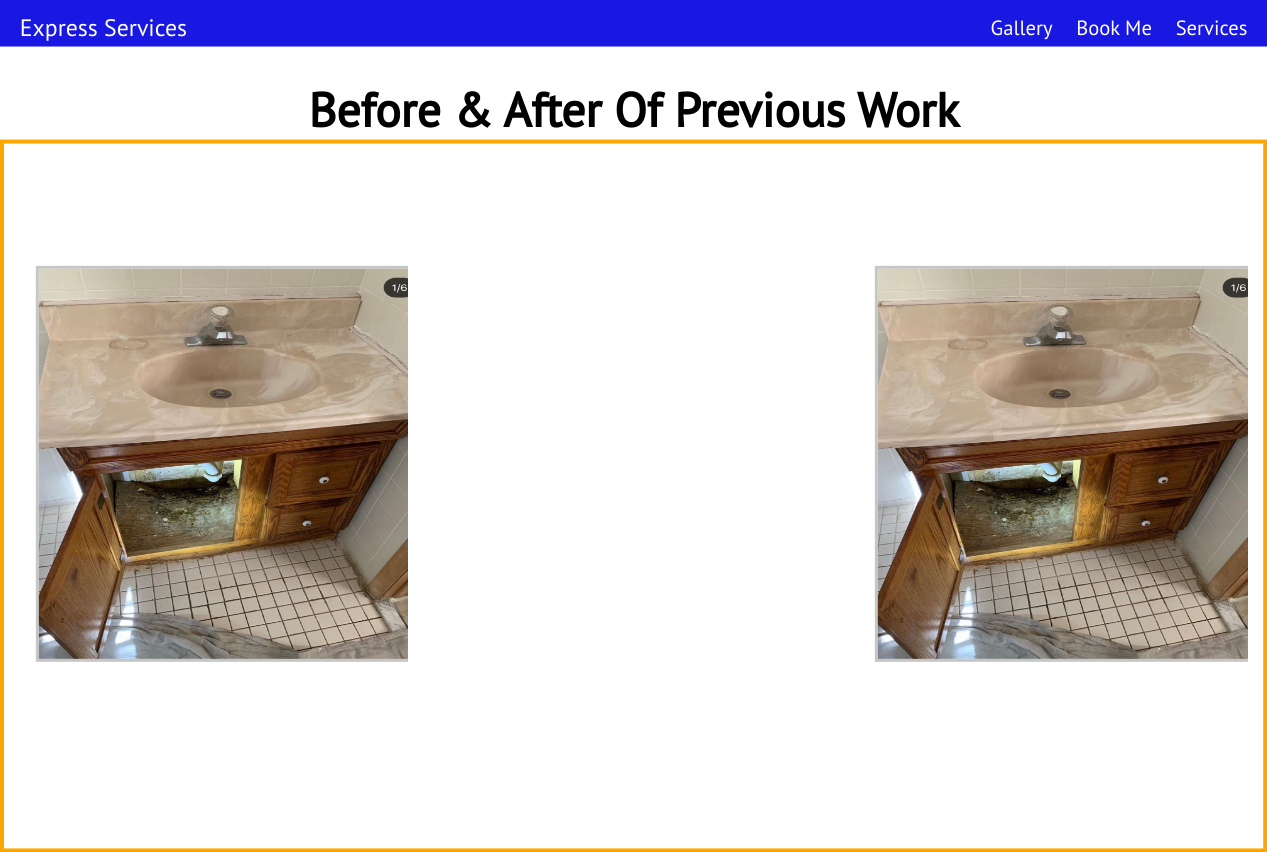
Repository: DrummerDee/mir-miami
Page: /Gallery (app in mr-miami/)
An editor plug-in stored every save of this project. The page is shown before and after a run of saves, followed by the edit.
The browser window is 1280 px wide. The pictures show the whole page, at 99% of full size.
The project was rebuilt for these pictures with package versions that can differ from the ones it lists, and the page was loaded fresh each time. Also part of the build but not shown: mr-miami/src/Styles/Services.css, mr-miami/src/Components/Services.js, mr-miami/src/Components/Homepage.js, mr-miami/src/Styles/Calendar.css, mr-miami/src/Styles/Times.css, mr-miami/src/Components/Times.js, mr-miami/src/Components/Time.js, mr-miami/src/Components/BookMe.js.

Above is the page before, as saved 2022-09-09 13:38:24.

### mr-miami/public/index.html
<!DOCTYPE html>
<html lang="en">
  <head>
    <meta charset="utf-8" />
    <link rel="icon" href="%PUBLIC_URL%/favicon.ico" />
    <meta name="viewport" content="width=device-width, initial-scale=1" />
    <meta name="theme-color" content="#000000" />
    <meta
      name="description"
      content="Web site created using create-react-app"
    />
    <link rel="apple-touch-icon" href="%PUBLIC_URL%/logo192.png" />
    <!--
      manifest.json provides metadata used when your web app is installed on a
      user's mobile device or desktop. See https://developers.google.com/web/fundamentals/web-app-manifest/
    -->
    <link rel="manifest" href="%PUBLIC_URL%/manifest.json" />
    <!--
      Notice the use of %PUBLIC_URL% in the tags above.
      It will be replaced with the URL of the `public` folder during the build.
      Only files inside the `public` folder can be referenced from the HTML.

      Unlike "/favicon.ico" or "favicon.ico", "%PUBLIC_URL%/favicon.ico" will
      work correctly both with client-side routing and a non-root public URL.
      Learn how to configure a non-root public URL by running `npm run build`.
    -->
    <title>Exotic Express Services</title>
  </head>
  <body>
    <noscript>You need to enable JavaScript to run this app.</noscript>
    <div id="root"></div>
    <!--
      This HTML file is a template.
      If you open it directly in the browser, you will see an empty page.

      You can add webfonts, meta tags, or analytics to this file.
      The build step will place the bundled scripts into the <body> tag.

      To begin the development, run `npm start` or `yarn start`.
      To create a production bundle, use `npm run build` or `yarn build`.
    -->
  </body>
</html>

### mr-miami/src/App.js
import './Styles/App.css';
import { BrowserRouter as Router, Routes, Route } from "react-router-dom";
import Navbar from "./Components/Navbar";
import Services from "./Components/Services";
import Homepage from "./Components/Homepage";
import Gallery from "./Components/Gallery";
import BookMe from "./Components/BookMe";




function App() {
  return (
    <Router>
      <Navbar />
      <Routes>
        <Route path="/" element={<Homepage />} />
        <Route path="/Gallery" element={<Gallery />} />
        <Route path="/Services" element={<Services />} />
        <Route path="/BookMe" element={<BookMe />} />
      </Routes>
    </Router>
  );
}

export default App;

### mr-miami/src/Styles/App.css
@import url('https://fonts.googleapis.com/css2?family=IBM+Plex+Sans:wght@300&family=PT+Sans&display=swap');
* {
  box-sizing: border-box;
  margin: 0;
  padding: 0;
  font-family: 'PT Sans','IBM Plex Sans', sans-serif;
}

/* Gallery Page */
.gallery__body > h1 {
  font-size: 3rem;
  text-align: center;
  margin-top: 2rem;
}

.wrapper {
  display: flex;
  justify-content: center;
  align-items: center;
  border: 0.3rem solid orange;
  height: 100vh;
}
.containers{
  width: 100%;
  display: flex;
  flex-direction: column;
  height: 72%;
  overflow: hidden;
  gap: 0.5rem;
  padding: 1rem 0 0 1rem;
  margin: 1rem 1rem 0 1rem;
  overflow: auto;
  justify-content: center;
}
.frame {
  border-radius: 0.3rem;
  position: relative;
  height: 100%;
  width: fit-content;
}
img{
  transition: all linear 0.6s;
  border: 0.2rem solid rgb(199, 198, 198);
}
.bottom{
  position:absolute;
  top: 0;
  opacity: 0;
  left: 0;
}
.frame:hover img{
  opacity: 0;
  cursor: pointer;
}
.frame:hover img.bottom{
  opacity: 1;
}

### mr-miami/src/Components/Navbar.js
import {Link } from 'react-router-dom'; //put this on every single routing page


// This isn't a homepage, just functionality for Navbar in the homepage
const Navbar = () => {
  return (
      <nav className="nav">
        <Link className="Home" to="/"> Express Services </Link>
        <ul>
          <li><Link to="/Gallery">Gallery</Link></li>
          <li><Link to="/BookMe">Book Me</Link></li>
          <li><Link to="/Services">Services</Link></li>
        </ul>
      </nav>
  );
}
export default Navbar;

### mr-miami/src/Components/Gallery.js
import React from "react";
import { LazyLoadImage } from 'react-lazy-load-image-component';
import sinkbefore from '../Assets/sinkbefore.jpeg';
import sinkafter from '../Assets/sinkafter.jpeg';
// import doorbefore from '../Assets/Doorbefore.jpeg';
// import doorafter from '../Assets/Doorafter.jpeg';
// import pavementbefore from '../Assets/pavementbefore.jpeg';
// import pavementafter from '../Assets/pavementafter.jpeg';
// import roofafter from '../Assets/roofafter.jpeg';
// import roofbefore from '../Assets/roofbefore.jpeg';



function Gallery() {
    return (
        <>
            <main className='gallery__body'>
                <h1> Before & After Of Previous Work </h1>
                <section className='wrapper'>
                    <div className="containers">
                             <LazyLoadImage
                                src={sinkbefore}
                                width={400}
                                height={400}
                                effect='blur'
                                alt='broken sink'
                                className="top"
                            />
                            <LazyLoadImage
                                src={sinkafter}
                                width={400}
                                height={400}
                                effect='blur'
                                alt='broken sink'
                                className="bottom"
                            />
                        </div>
                        <div className='frame'>
                            {/* <LazyLoadImage
                                src={doorbefore}
                                width={400}
                                height={400}
                                effect='blur'
                                alt='broken sink'
                                className="top"
                            />
                            <LazyLoadImage
                                src={doorafter}
                                width={400}
                                height={400}
                                effect='blur'
                                alt='broken sink'
                                className="bottom"
                            /> */}
                        </div>
                        <div className='frame'>
                {/* <LazyLoadImage
                    src={roofbefore}
                    width={400}
                    height={400}
                    effect='blur'
                    alt='broken sink'
                    className="top"
                />
                <LazyLoadImage
                    src={roofafter}
                    width={400}
                    height={400}
                    effect='blur'
                    alt='broken sink'
                    className="bottom"
                /> */}
            </div>
            <div className="containers">
                            {/* <LazyLoadImage
                                src={sinkbefore}
                                width={400}
                                height={400}
                                effect='blur'
                                alt='broken sink'
                                className="top"
                            />
                            <LazyLoadImage
                                src={sinkafter}
                                width={400}
                                height={400}
                                effect='blur'
                                alt='broken sink'
                                className="bottom"
                            /> */}
                        </div>
                        <div className='frame'>
                            {/* <LazyLoadImage
                                src={doorbefore}
                                width={400}
                                height={400}
                                effect='blur'
                                alt='broken sink'
                                className="top"
                            />
                            <LazyLoadImage
                                src={doorafter}
                                width={400}
                                height={400}
                                effect='blur'
                                alt='broken sink'
                                className="bottom"
                            /> */}
                        </div>
                        <div className="containers">
                             <LazyLoadImage
                                src={sinkbefore}
                                width={400}
                                height={400}
                                effect='blur'
                                alt='broken sink'
                                className="top"
                            />
                            <LazyLoadImage
                                src={sinkafter}
                                width={400}
                                height={400}
                                effect='blur'
                                alt='broken sink'
                                className="bottom"
                            />
                        </div>
                </section>
            </main>

        </>
    );
}










export default Gallery

### mr-miami/src/Styles/Homepage.css
* {
  box-sizing: border-box;
  margin: 0;
  padding: 0;
}

.homeBody {
  position: relative;
  height: 95vh;
  overflow: hidden;
}

.nav {
  background-color: rgb(24, 24, 226);
  color: white;
  display: flex;
  justify-content: space-between;
  align-items: stretch;
  gap: 2rem;
  padding: 0 1rem;
  padding-top: 0.5rem;
  font-size: 1.3rem;
}

.nav ul {
  padding: 0%;
  margin: 0;
  list-style: none;
  display: flex;
  gap: 1rem;
}

.Home {
  font-size: 1.5rem;
}

.nav a {
  display: flex;
  align-items: center;
  color: inherit;
  text-decoration: none;
  height: 100%;
  padding: 0.25rem;
}

.nav li:hover {
  border-top: white 0.2rem solid;
  transition: all 0.3s ease-out;
  padding: 0.25rem;
}

.home {
  display: flex;
  flex-direction: column;
  justify-content: center;
  align-items: center;
}

.homeBody .text {
  background-image: url('../Assets/background.png');
  background-repeat: no-repeat;
  background-size: cover;
  height: 100vh;
  color: white;
  display: flex;
  flex-direction: column;
  align-items: center;
  font-weight: 300;
}

.homeBody .text .homeMainText {
  color: white;
  border-top: 0.4rem solid black;
  border-bottom: 0.4rem solid black;
  font-size: 5rem;
  padding: 0.5rem 0 0.5rem 0;
  margin-top: 6.5rem;
}

.homeBody .text>h3 {
  font-size: 1.2rem;
  padding-top: 2rem;
}

.homeBody .text>h4 {
  font-size: 1.5rem;
  margin: 0;
}

.homeBody .text>p {
  margin-top: 15rem;
  font-size: 1.5rem;
  font-weight: 600;
}

Loaded but not shown: mr-miami/src/index.js (common file); mr-miami/src/reportWebVitals.js (common file)

After the next 3 saves:
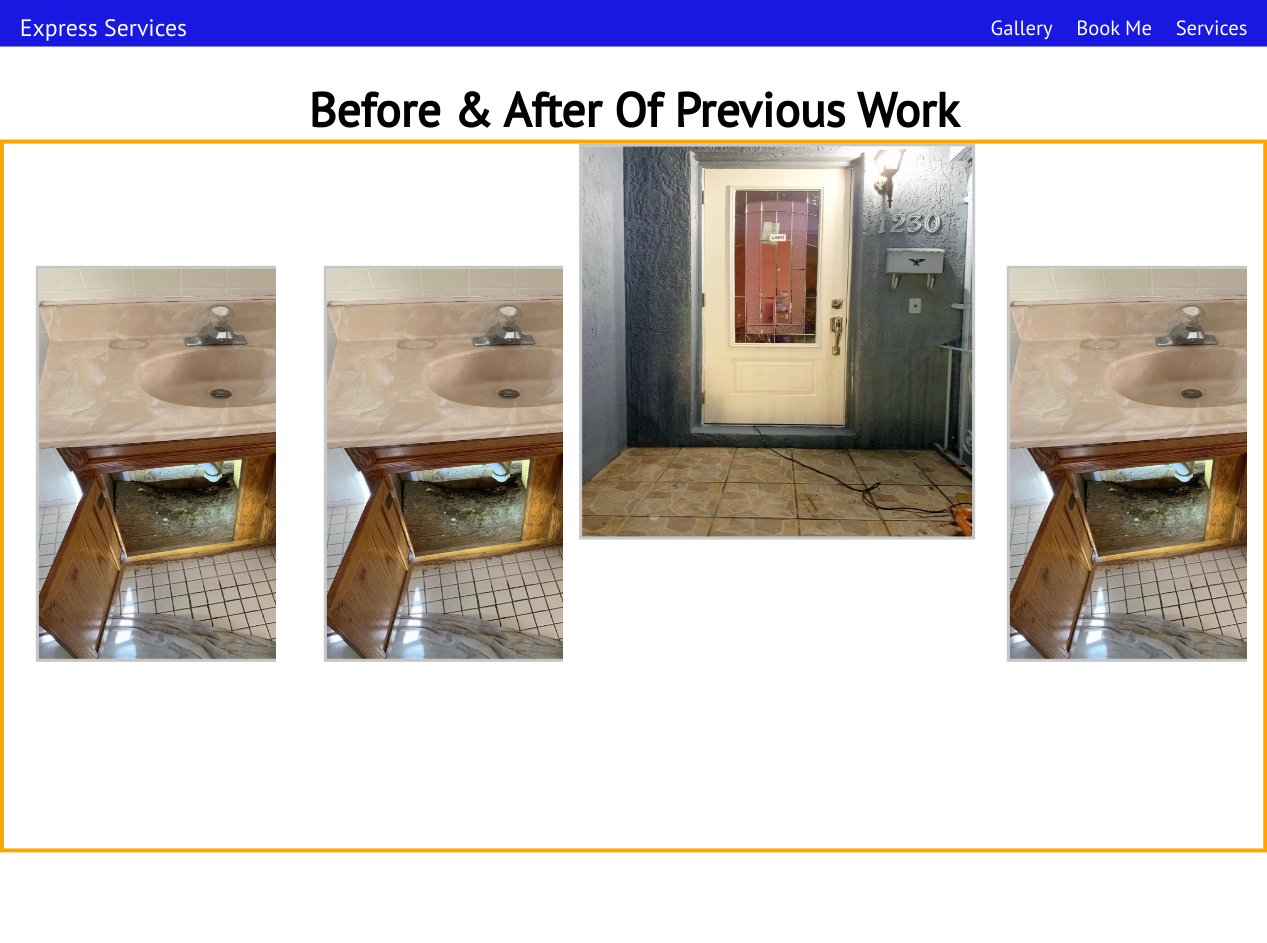
The 3 saves are shown as one change because 2 did not build or start.
The last was saved 31 s later.
--- a/mr-miami/src/Components/Gallery.js
+++ b/mr-miami/src/Components/Gallery.js
@@ -2,12 +2,12 @@ import React from "react";
 import { LazyLoadImage } from 'react-lazy-load-image-component';
 import sinkbefore from '../Assets/sinkbefore.jpeg';
 import sinkafter from '../Assets/sinkafter.jpeg';
-// import doorbefore from '../Assets/Doorbefore.jpeg';
-// import doorafter from '../Assets/Doorafter.jpeg';
-// import pavementbefore from '../Assets/pavementbefore.jpeg';
-// import pavementafter from '../Assets/pavementafter.jpeg';
-// import roofafter from '../Assets/roofafter.jpeg';
-// import roofbefore from '../Assets/roofbefore.jpeg';
+import doorbefore from '../Assets/Doorbefore.jpeg';
+import doorafter from '../Assets/Doorafter.jpeg';
+import pavementbefore from '../Assets/pavementbefore.jpeg';
+import pavementafter from '../Assets/pavementafter.jpeg';
+import roofafter from '../Assets/roofafter.jpeg';
+import roofbefore from '../Assets/roofbefore.jpeg';
 
 
 
@@ -72,7 +72,7 @@ function Gallery() {
                 /> */}
             </div>
             <div className="containers">
-                            {/* <LazyLoadImage
+                            <LazyLoadImage
                                 src={sinkbefore}
                                 width={400}
                                 height={400}
@@ -87,10 +87,10 @@ function Gallery() {
                                 effect='blur'
                                 alt='broken sink'
                                 className="bottom"
-                            /> */}
+                            />
                         </div>
                         <div className='frame'>
-                            {/* <LazyLoadImage
+                            <LazyLoadImage
                                 src={doorbefore}
                                 width={400}
                                 height={400}
@@ -105,7 +105,7 @@ function Gallery() {
                                 effect='blur'
                                 alt='broken sink'
                                 className="bottom"
-                            /> */}
+                            />
                         </div>
                         <div className="containers">
                              <LazyLoadImage
